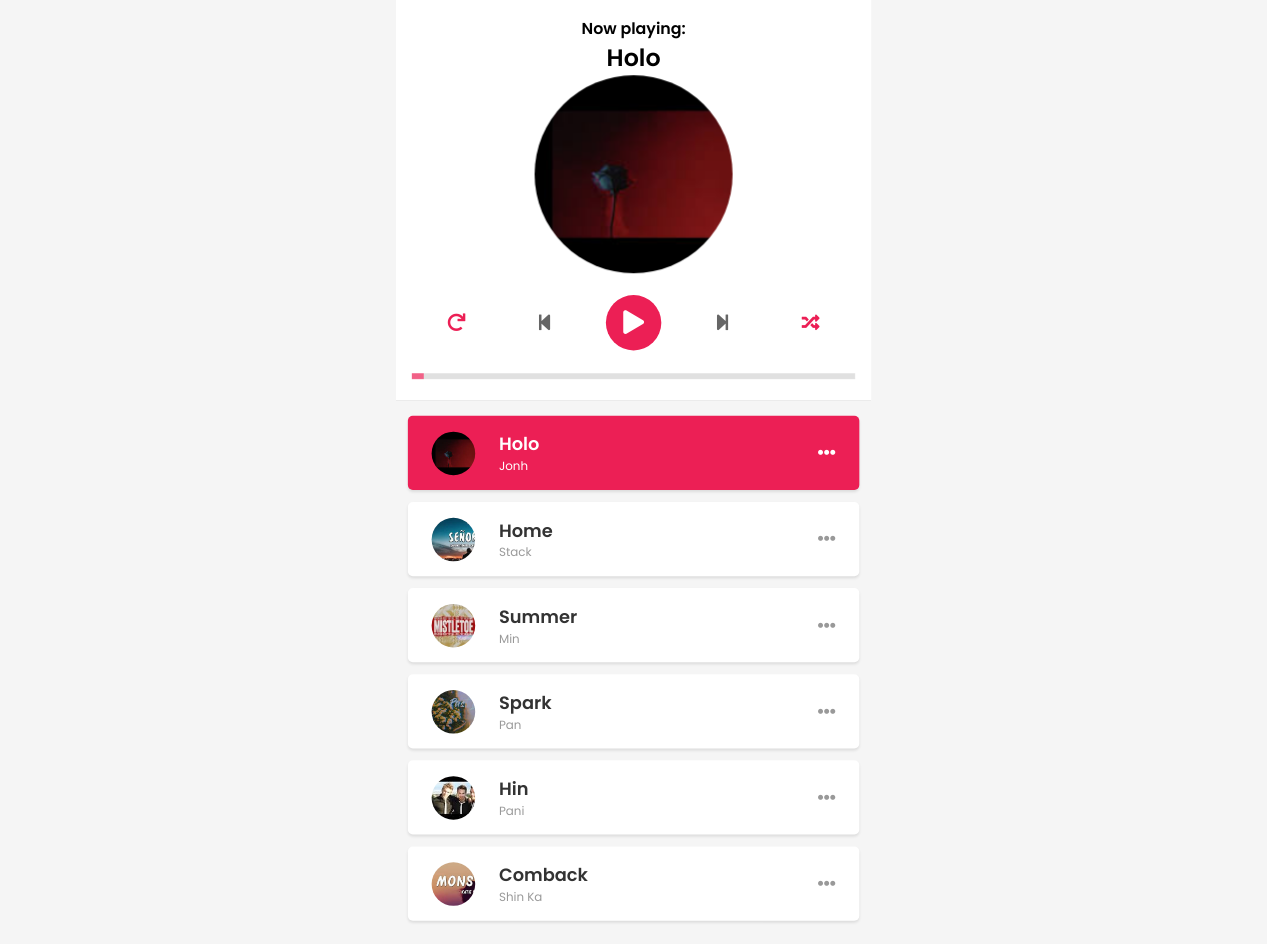
Repository: MinhNhatIT2901/Mp3-clon
Page: index.html
The author's editor kept a copy of each file at every save. The page is drawn from the files as they stood at one save, then again after the next save.
The browser window is 1280 px wide. The pictures show the whole page, at 99% of full size.

Above is the page before, as saved 2022-01-02 16:03:39.

### index.html
<!DOCTYPE html>
<html lang="en">
<head>
    <meta charset="UTF-8">
    <meta http-equiv="X-UA-Compatible" content="IE=edge">
    <meta name="viewport" content="width=device-width, initial-scale=1.0">
    <title>Document</title>
    <link rel="stylesheet" href="./asset/css/app.css">
    <link rel="stylesheet" href="https://cdnjs.cloudflare.com/ajax/libs/font-awesome/5.15.2/css/all.min.css" integrity="sha512-HK5fgLBL+xu6dm/Ii3z4xhlSUyZgTT9tuc/hSrtw6uzJOvgRr2a9jyxxT1ely+B+xFAmJKVSTbpM/CuL7qxO8w==" crossorigin="anonymous" />
    <link rel="preconnect" href="https://fonts.gstatic.com">
    <link href="https://fonts.googleapis.com/css2?family=Poppins:wght@300;400;600&display=swap" rel="stylesheet">
</head>
<body>
    <div class="player">
        <div class="dashboard">
            <div class="header" style="text-align: center">
                <h4>Now playing:</h4>
                <h2 class="header-name">String 57th & 9th</h2>
            </div>

            <div class="cd">
                <div class="cd-thumb" style="background-image: url('https://i.ytimg.com/vi/jTLhQf5KJSc/maxresdefault.jpg')">
                </div>
            </div>

            <div class="control">
                <div class="btn btn-repeat">
                    <i class="fas fa-redo"></i>
                </div>
                <div class="btn btn-prev">
                    <i class="fas fa-step-backward"></i>
                </div>
                <div class="btn btn-toggle-play">
                    <div class="play-inner">
                        <i class="fas fa-pause icon-pause"></i>
                    <i class="fas fa-play icon-play"></i>
                    </div>
                </div>
                <div class="btn btn-next">
                    <i class="fas fa-step-forward"></i>
                </div>
                <div class="btn btn-random">
                    <i class="fas fa-random"></i>
                </div>
            </div>

            <input id="progress" class="progress" type="range" value="0" step="1" min="0" max="100">
            <audio id="audio" src=""></audio>
        </div>

        <div class="playlist">
        </div>
    </div>
</body>
    <script src="./asset/css/app.js"></script>
</html>

### asset/css/app.css
:root {
  --primary-color: #ec1f55;
  --text-color: #333;
}

* {
  padding: 0;
  margin: 0;
  box-sizing: inherit;
}

body {
  background-color: #f5f5f5;
}

html {
  box-sizing: border-box;
  font-family: "Poppins", sans-serif;
}

.player {
  position: relative;
  max-width: 480px;
  margin: 0 auto;
}

.player .icon-pause {
  display: none;
}

.player.playing .icon-pause {
  display: inline-block;
}

.player.playing .icon-play {
  display: none;
}

.dashboard {
  padding: 16px 16px 14px;
  background-color: #fff;
  position: fixed;
  top: 0;
  width: 100%;
  max-width: 480px;
  border-bottom: 1px solid #ebebeb;
}

/* HEADER */
header {
  text-align: center;
  margin-bottom: 10px;
}

header h4 {
  color: var(--primary-color);
  font-size: 12px;
}

header h2 {
  color: var(--text-color);
  font-size: 20px;
}

/* CD */
.cd {
  display: flex;
  margin: auto;
  width: 200px;
}

.cd-thumb {
  width: 100%;
  padding-top: 100%;
  border-radius: 50%;
  background-color: #333;
  background-size: cover;
  margin: auto;
}

/* CONTROL */
.control {
  display: flex;
  align-items: center;
  justify-content: space-around;
  padding: 18px 0 8px 0;
}

.control .btn {
  color: #666;
  padding: 18px;
  font-size: 18px;
}

.control .btn.active {
  color: var(--primary-color);
}

.control .btn-toggle-play {
  width: 56px;
  height: 56px;
  border-radius: 50%;
  font-size: 24px;
  color: #fff;
  display: flex;
  align-items: center;
  justify-content: center;
  background-color: var(--primary-color);
}

.progress {
  width: 100%;
  -webkit-appearance: none;
  height: 6px;
  background: #d3d3d3;
  outline: none;
  opacity: 0.7;
  -webkit-transition: 0.2s;
  transition: opacity 0.2s;
}

.progress::-webkit-slider-thumb {
  -webkit-appearance: none;
  appearance: none;
  width: 12px;
  height: 6px;
  background-color: var(--primary-color);
  cursor: pointer;
}

/* PLAYLIST */
.playlist {
  margin-top: 408px;
  padding: 12px;
}

.song {
  display: flex;
  align-items: center;
  margin-bottom: 12px;
  background-color: #fff;
  padding: 8px 16px;
  border-radius: 5px;
  box-shadow: 0 2px 3px rgba(0, 0, 0, 0.1);
}

.song.active {
  background-color: var(--primary-color);
}

.song:active {
  opacity: 0.8;
}

.song.active .option,
.song.active .author,
.song.active .title {
  color: #fff;
}

.song .thumb {
  width: 44px;
  height: 44px;
  border-radius: 50%;
  background-size: cover;
  margin: 0 8px;
}

.song .body {
  flex: 1;
  padding: 0 16px;
}

.song .title {
  font-size: 18px;
  color: var(--text-color);
}

.song .author {
  font-size: 12px;
  color: #999;
}

.song .option {
  padding: 16px 8px;
  color: #999;
  font-size: 18px;
}

### asset/css/app.js
const $ = document.querySelector.bind(document);
const $$ = document.querySelectorAll.bind(document);

const PLAYER_STORAGE_KEY = 'NMN';

const cd = $('.cd');
const heading = $('.header-name');
const cdThumb = $('.cd-thumb');
const audio = $('#audio');
const playBtn = $('.btn-toggle-play');
const player = $('.player');
const progress = $('#progress');
const prevBtn = $('.btn-prev');
const nextBtn = $('.btn-next');
const randomBtn = $('.btn-random');
const repeatBtn = $('.btn-repeat');
const playList = $('.playlist');


const app = {
    currentIndex: 0,
    isPlaying: false,
    isRandom: false,
    isRepeat: false,
    config: JSON.parse(localStorage.getItem(PLAYER_STORAGE_KEY)) || {},
    songs: [
        {
            name: 'Holo',
            singer: 'Jonh',
            path: './asset/music/holo.mp3',
            image: './asset/img/img1.jpg'
        },
        {
            name: 'Home',
            singer: 'Stack',
            path: './asset/music/home.mp3',
            image: './asset/img/img2.jpg'
        },
        {
            name: 'Summer',
            singer: 'Min',
            path: './asset/music/mp3_music_summer.mp3',
            image: './asset/img/img3.jpg'
        },
        {
            name: 'Spark',
            singer: 'Pan',
            path: './asset/music/spark.mp3',
            image: './asset/img/img4.jpg'
        },
        {
            name: 'Hin',
            singer: 'Pani',
            path: './asset/music/home.mp3',
            image: './asset/img/img5.jpg'
        },
        {
            name: 'Comback',
            singer: 'Shin Ka',
            path: './asset/music/mp3_music_summer.mp3',
            image: './asset/img/img6.jpg'
        },
    ],
    setConfig: function(key, value) {
        this.config[key] = value
        localStorage.setItem(PLAYER_STORAGE_KEY, JSON.stringify(this.config))
    },
    render: function() {
        const htmls = this.songs.map((song, index) => {
            return `
            <div class="song ${index === this.currentIndex ? 'active' : ''}" data-index="${index}">
                <div class="thumb"
                    style="background-image: url('${song.image}')">
                </div>
                <div class="body">
                    <h3 class="title">${song.name}</h3>
                    <p class="author">${song.singer}</p>
                </div>
                <div class="option">
                    <i class="fas fa-ellipsis-h"></i>
                </div>
            </div>
            `
        })
        playList.innerHTML = htmls.join('');
    },
    defineProperties: function() {
        Object.defineProperty(this, 'currentSong', {
            get: function() {
                return this.songs[this.currentIndex]
            }
        })
    },
    handleEvents: function() {
        const _this = this

        // Xu ly phong to hoac thu nho CD
        const cdWidth = cd.offsetWidth;
        document.onscroll = function() {
            const scrollTop = window.scrollY || document.documentElement.scrollTop;
            const newCdWidth = cdWidth - scrollTop;

            cd.style.width = newCdWidth > 0 ? newCdWidth + 'px' : 0;
            cd.style.opacity = newCdWidth / cdWidth;
        }

        // Xu ly khi click play
        playBtn.onclick = function() {
            if(_this.isPlaying) {
                audio.pause()
            }else {
                audio.play()
            }
        }

        // Khi song duoc play
        audio.onplay = function() {
            _this.isPlaying = true
            player.classList.add('playing')
            cdThumbAnimate.play()
        }

        // Khi song bi pause
        audio.onpause = function() {
            _this.isPlaying = false
            player.classList.remove('playing')
            cdThumbAnimate.pause()
        }

        // Bắt tiến độ bài hát
        audio.ontimeupdate = function() {
            if(audio.duration) {
                const progressPercent = Math.floor(audio.currentTime / audio.duration * 100)
                progress.value = progressPercent
            }
        }

        // Xu ly khi tua
        progress.onchange = function(e) {
            const seekTime =  audio.duration / 100 * e.target.value
            audio.currentTime = seekTime
        }

        // Xử lý CD quay / dừng
        const cdThumbAnimate = cdThumb.animate([
            { transform: 'rotate(360deg)'}
        ], {
            duration: 10000, // 10 seconds
            iterations: Infinity
        })
        cdThumbAnimate.pause()

        // Khi next song
        nextBtn.onclick = function() {
            if(_this.isRandom) {
                _this.playRandomSong()
            }else {
                _this.nextSong()
            }
            audio.play()
            _this.render()
            // _this.scrollToActiveSong()
        }

        // Khi prev song
        prevBtn.onclick = function() {
            if(_this.isRandom) {
                _this.playRandomSong()
            }else {
                _this.prevSong()
            }
            audio.play()
            _this.render()
            // _this.scrollToActiveSong()
        }

        // Click random button
        randomBtn.onclick = function(e) {
            _this.isRandom = !_this.isRandom
            _this.setConfig('isRandom', this.isRandom)
            randomBtn.classList.toggle('active', _this.isRandom)
        }

        // Click repeat
        repeatBtn.onclick = function(e) {
            _this.isRepeat = !_this.isRepeat
            _this.setConfig('isRepeat', this.isRepeat)
            repeatBtn.classList.toggle('active', _this.isRepeat)
        }

        // Next song when audio ended or back
        audio.onended = function() {
            if(_this.isRepeat) {
                audio.play()
            }else {
                nextBtn.click()
            }
        }

        // Click playlist
        playList.onclick = function(e) {
            const songNode = e.target.closest('.song:not(.active)')
            if(songNode || e.target.closest('.option')) {

                // Xu ly khi click vao song
                if(songNode) {
                    _this.currentIndex = Number(songNode.dataset.index)
                    _this.loadCurrentSong()
                    _this.render()
                    audio.play()
                }

                // Xu ly khi click vao option song
                if(e.target.closest('.option')) {
                }
            }
        }
    },
    loadCurrentSong: function() {
        heading.textContent = this.currentSong.name;
        cdThumb.style.backgroundImage = `url('${this.currentSong.image}')`;
        audio.src = this.currentSong.path;
    },
    loadConfig: function () {
        this.isRandom= this.config.isRandom
        this.isRepeat= this.config.isRepeat
    },
    nextSong: function() {
        this.currentIndex++
        if(this.currentIndex >= this.songs.length) {
            this.currentIndex = 0
        }
        this.loadCurrentSong()
    },
    prevSong: function() {
        this.currentIndex--
        if(this.currentIndex < 0) {
            this.currentIndex = this.songs.length - 1
        }
        this.loadCurrentSong()
    },
    playRandomSong: function() {
        let newIndex
        do {
            newIndex = Math.floor(Math.random() * this.songs.length)
        }while(newIndex === this.currentIndex)
        this.currentIndex = newIndex
        this.loadCurrentSong()
    },
    // scrollToActiveSong: function() {
    //     setTimeout ( () => {
    //         $('.song.active').scrollIntoView({
    //             behavior: 'smooth',
    //             block: 'neares'
    //         })
    //     }, 300)
    // },
    start: function() {
        this.loadConfig();
        // Định nghĩa các thuộc tính cho object
        this.defineProperties();

        // Lắng nghe / xử lý các sự kiện (DOM event)
        this.handleEvents();

        // Load thong tin bai hat dau tien vao` UI
        this.loadCurrentSong();

        // Render playlist
        this.render();

        randomBtn.classList.toggle('active', this.isRandom)
        repeatBtn.classList.toggle('active', this.isRepeat)
    }
}

app.start();

After the next save:
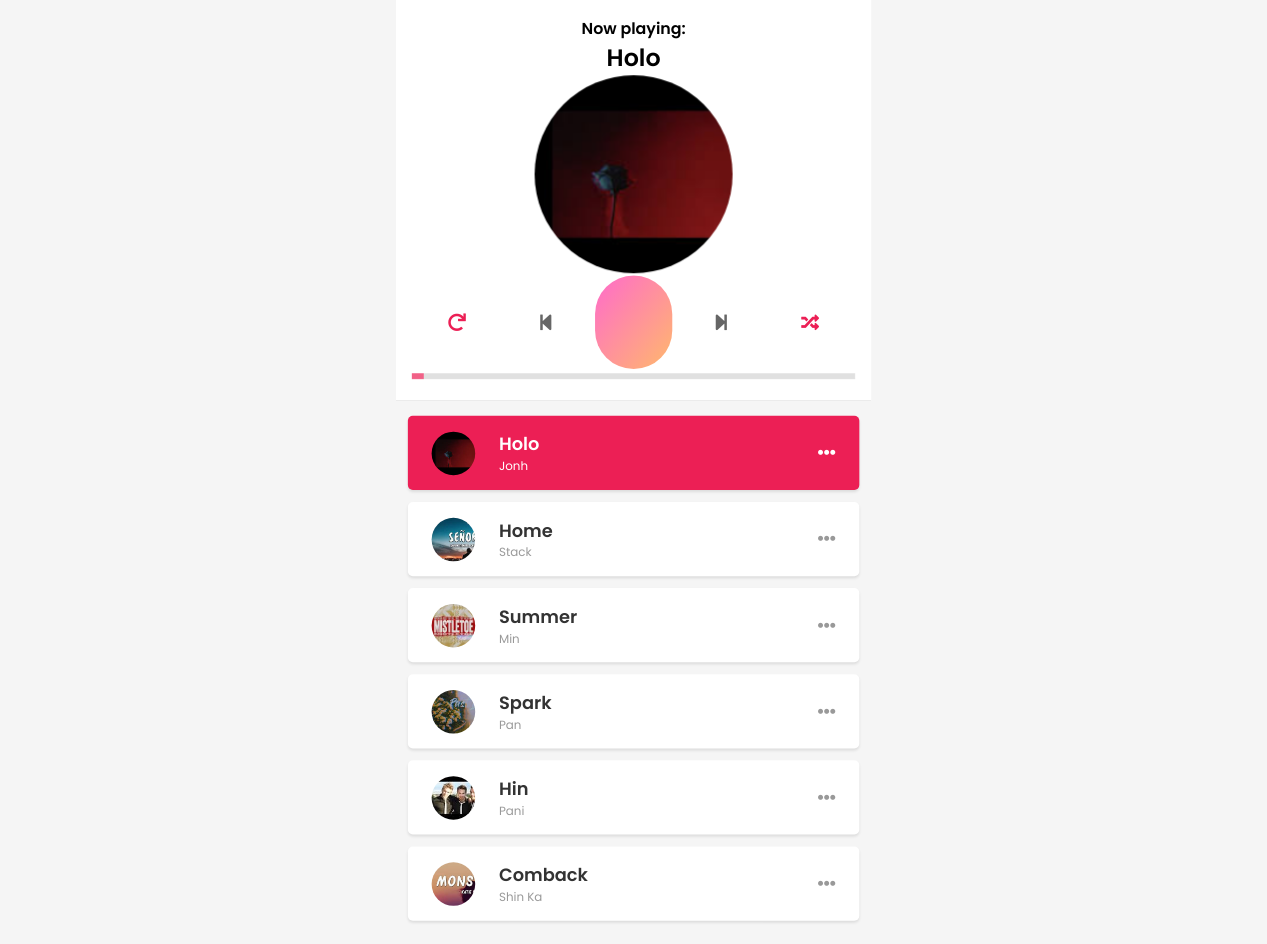
Saved 108 s later.
--- a/asset/css/app.css
+++ b/asset/css/app.css
@@ -96,7 +96,7 @@
   color: var(--primary-color);
 }
 
-.control .btn-toggle-play {
+/* .control .btn-toggle-play {
   width: 56px;
   height: 56px;
   border-radius: 50%;
@@ -106,8 +106,20 @@
   align-items: center;
   justify-content: center;
   background-color: var(--primary-color);
-}
-
+} */
+
+.btn-toggle-play {
+  position: relative;
+}
+
+.btn-toggle-play::before {
+  content: "";
+  position: absolute;
+  inset: 0;
+  background-image: linear-gradient(to right bottom, #ff6bcb, #ffb86c);
+  transform: scale(1.5);
+  border-radius: 100rem;
+}
 .progress {
   width: 100%;
   -webkit-appearance: none;

After the 3 saves that followed:
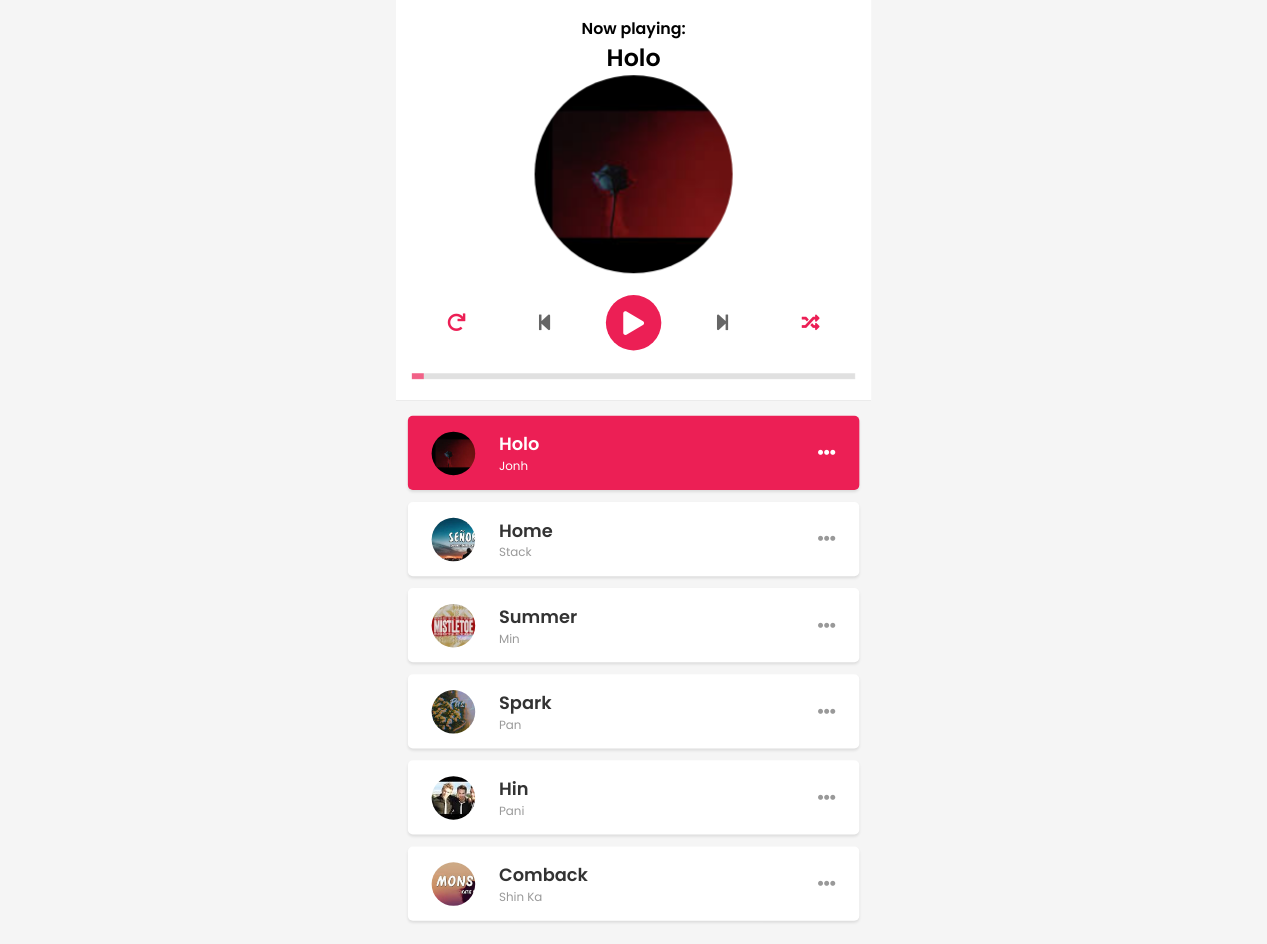
The 3 saves are shown as one change because 2 left the picture as it was.
The last was saved 55 s later.
--- a/index.html
+++ b/index.html
@@ -31,10 +31,8 @@
                     <i class="fas fa-step-backward"></i>
                 </div>
                 <div class="btn btn-toggle-play">
-                    <div class="play-inner">
-                        <i class="fas fa-pause icon-pause"></i>
+                    <i class="fas fa-pause icon-pause"></i>
                     <i class="fas fa-play icon-play"></i>
-                    </div>
                 </div>
                 <div class="btn btn-next">
                     <i class="fas fa-step-forward"></i>
--- a/asset/css/app.css
+++ b/asset/css/app.css
@@ -96,7 +96,7 @@
   color: var(--primary-color);
 }
 
-/* .control .btn-toggle-play {
+.control .btn-toggle-play {
   width: 56px;
   height: 56px;
   border-radius: 50%;
@@ -106,20 +106,8 @@
   align-items: center;
   justify-content: center;
   background-color: var(--primary-color);
-} */
-
-.btn-toggle-play {
-  position: relative;
 }
 
-.btn-toggle-play::before {
-  content: "";
-  position: absolute;
-  inset: 0;
-  background-image: linear-gradient(to right bottom, #ff6bcb, #ffb86c);
-  transform: scale(1.5);
-  border-radius: 100rem;
-}
 .progress {
   width: 100%;
   -webkit-appearance: none;
